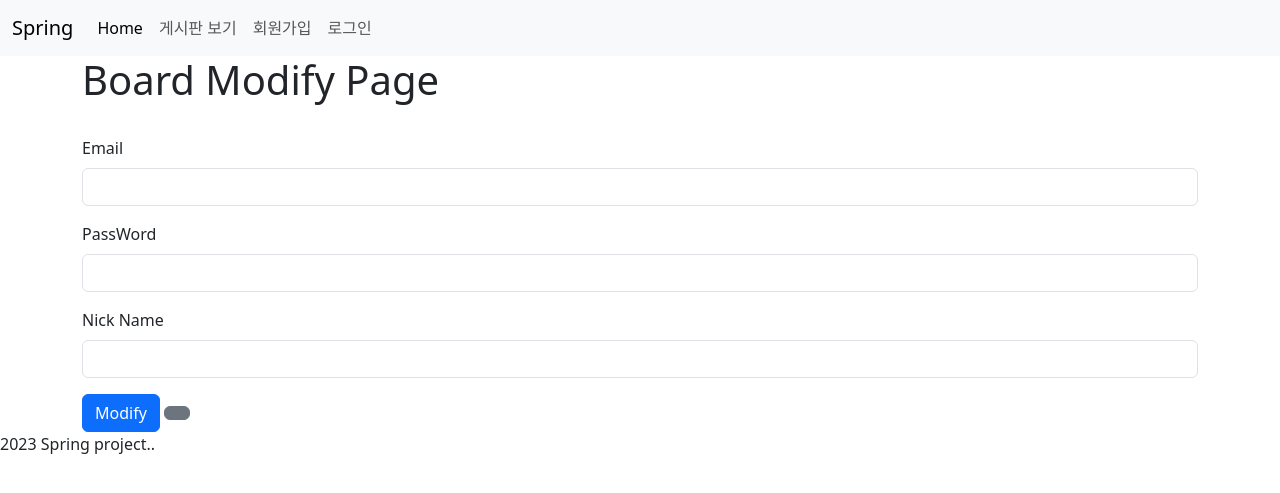
Repository: Skylee-1996/springSelf
Page: http://localhost/spring_test2/WEB-INF/views/member/modify.jsp
The author's editor kept a copy of each file at every save. The page is drawn from the files as they stood at one save, then again after the next save.
The browser window is 1280 px wide. The pictures show the whole page.
The page is served by Tomcat 9. Nobody is signed in. The template is opened directly, without the code that normally fills it, so the values that code supplies are empty.

Above is the page before, as saved 2024-01-16 02:07:05.
Console error: TypeError: Cannot read properties of null (reading 'addEventListener')

After the next save:
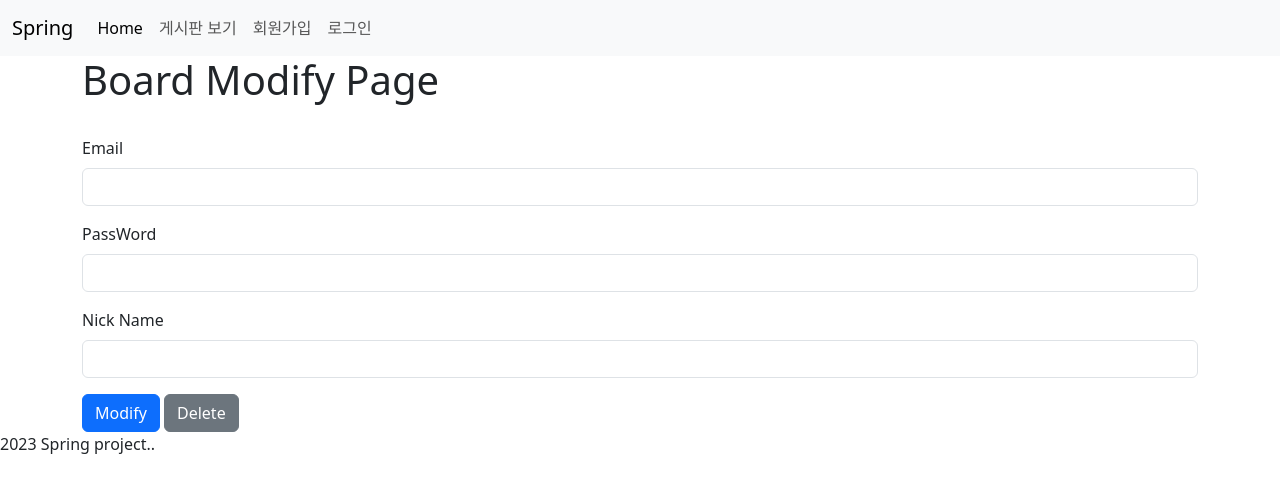
Saved 12 s later.
--- a/spring_test2/src/main/webapp/WEB-INF/views/member/modify.jsp
+++ b/spring_test2/src/main/webapp/WEB-INF/views/member/modify.jsp
@@ -32,7 +32,7 @@
 </ul>
 
 <button type="submit" class="btn btn-primary" id="modBtn">Modify</button>
-<button type="button" class="btn btn-secondary"> </button>
+<button type="button" class="btn btn-secondary">Delete </button>
 </form>
 </div>
 <jsp:include page="../layout/footer.jsp"></jsp:include>
